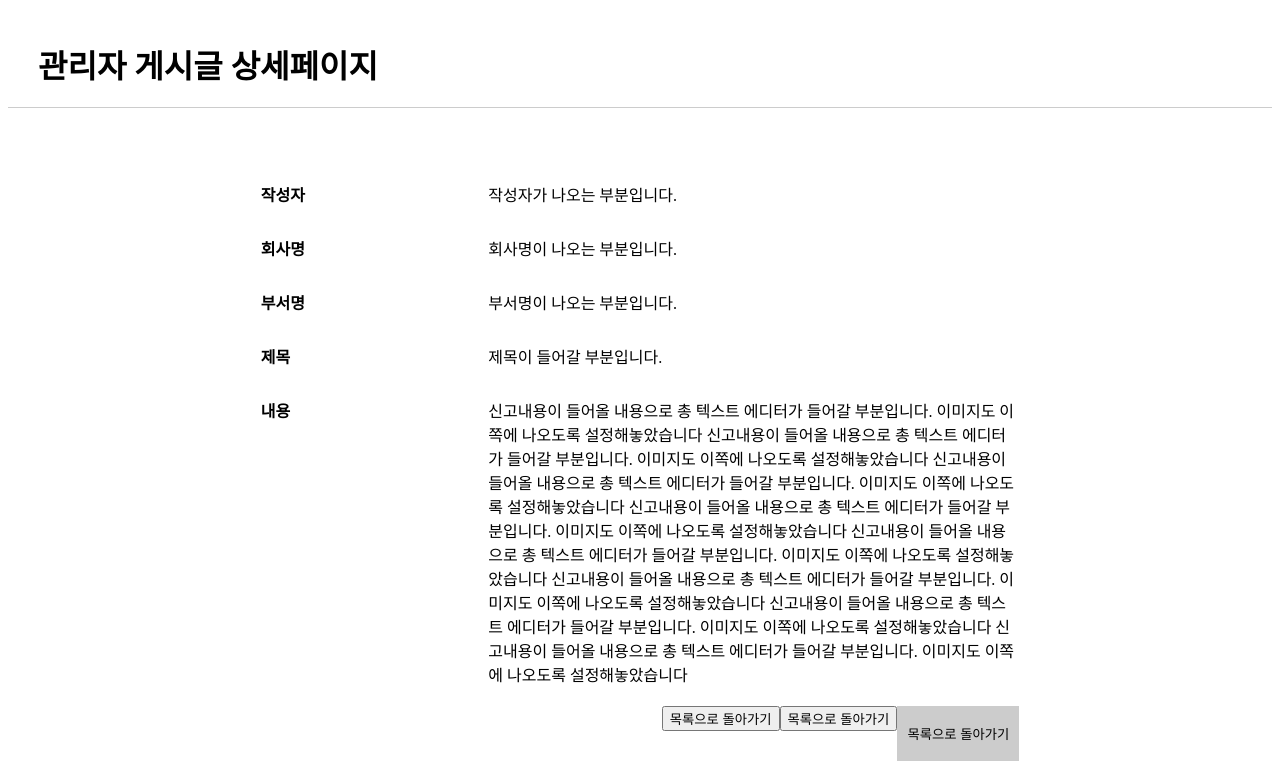
Repository: thdtjdgml415/exVoc
Page: /AdminView/1
An editor plug-in stored every save of this project. The page is shown before and after the next save, followed by the edit.
The browser window is 1280 px wide. The pictures show the whole page.
The project was rebuilt for these pictures with package versions that can differ from the ones it lists, and the page was loaded fresh each time. Also part of the build but not shown: src/components/table/CommonTable.css, src/components/table/CommonTable.js, src/components/table/CommonTableColumn.js, src/components/table/CommonTableRow.js, src/components/table/CommonTableWriteBtn.js, src/Page/PostList.js, src/Page/PostMain.js, src/Page/PostView.js and 4 more.

Above is the page before, as saved 2023-01-13 16:06:44.

After the next save:
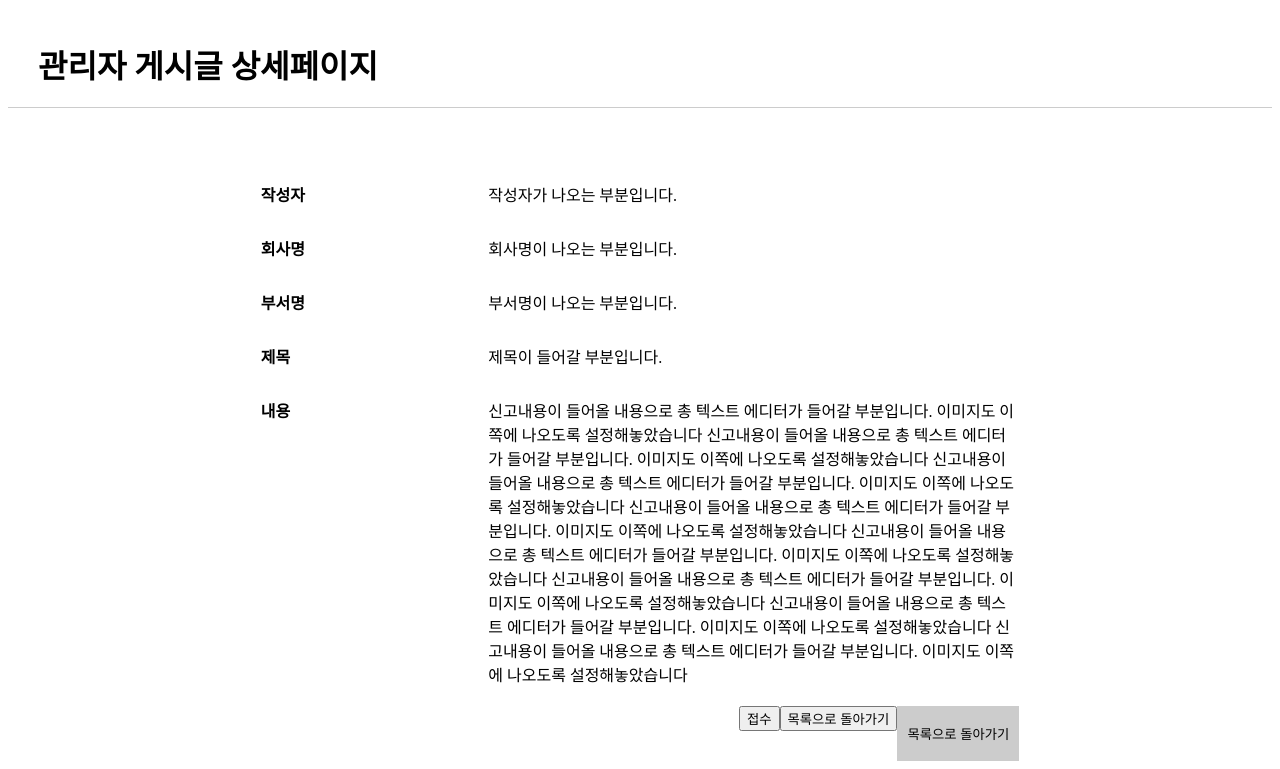
Saved 31 s later.
--- a/src/Page/AdminView.js
+++ b/src/Page/AdminView.js
@@ -63,7 +63,7 @@ const AdminView = ({ }) => {
           <React.Fragment>
               <div className="btn">
                 <button className="registBtn__admin" onClick={openModal}>
-                  목록으로 돌아가기
+                  접수
                 </button>
                 <button onClick={() => navigator(-1)}>목록으로 돌아가기</button>
                 <AcceptModal open={adminViewModal} close={closeModal}>
